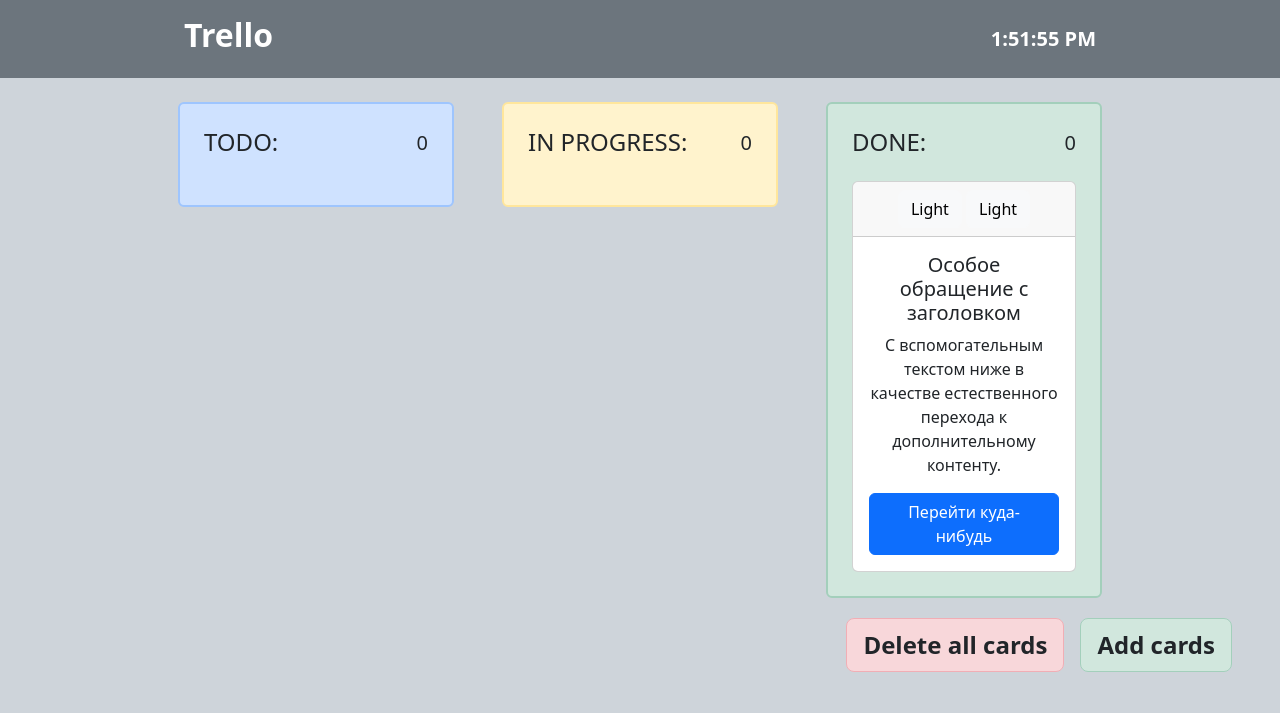
Repository: Valeria154/trello-app-clone
Page: / (app in trello-app-project/)
An editor plug-in stored every save of this project. The page is shown before and after the next save, followed by the edit.
The browser window is 1280 px wide. The pictures show the whole page.
The project was rebuilt for these pictures with package versions that can differ from the ones it lists, and the page was loaded fresh each time. Also part of the build but not shown: trello-app-project/vite.config.js.

Above is the page before, as saved 2025-03-16 21:56:44.

### trello-app-project/src/index.html
<!doctype html>
<html lang="en">

<head>
	<meta charset="UTF-8" />
	<meta name="viewport" content="width=device-width, initial-scale=1.0" />
	<title>Trello</title>
	<script type="module" src="./main.js"></script>
</head>

<body class="bg-dark-subtle">
	<header class="bg-secondary p-3">
		<div class="container d-flex justify-content-between align-items-center mx-autox w-75">
			<h1 class="fs-2 fw-bold text-white">Trello</h1>
			<div class="fs-5 fw-semibold text-white" id="clock"></div>
		</div>
	</header>
	<main class="p-4">
		<div class="container text-center w-75" id="containerTodo">
			<div class="row align-items-start mb-6 gap-5">
				<!-- TODO -->
				<div class="col border border-primary-subtle border-2 rounded-2 text-dark p-4 bg-primary-subtle">
					<div class="d-flex justify-content-between mb-3">
						<h4>TODO:</h4>
						<div id="todoCount" data-role="count" class="fs-5">0</div>
					</div>
					<div id="todo" data-role="status"></div>
				</div>
				<!-- In progress -->
				<div class="col border border-warning-subtle border-2 rounded-2 text-dark p-4 bg-warning-subtle">
					<div class="d-flex justify-content-between mb-3">
						<h4>IN PROGRESS:</h4>
						<div id="progressCount" data-role="count" class="fs-5">0</div>
					</div>
					<div id="progress" data-role="status"></div>
				</div>
				<!-- Done -->
				<div class="col border border-success-subtle border-2 rounded-2 text-dark p-4 bg-success-subtle">
					<div class="d-flex justify-content-between mb-3">
						<h4>DONE:</h4>
						<div id="doneCount" data-role="count" class="fs-5">0</div>
					</div>
					<div id="done" data-role="status">
						<div class="card">
							<div class="card-header">
								<button type="button" class="btn btn-light">Light</button>
								<button type="button" class="btn btn-light">Light</button>
							</div>
							<div class="card-body">
								<h5 class="card-title">Особое обращение с заголовком</h5>
								<p class="card-text">С вспомогательным текстом ниже в качестве естественного перехода к
									дополнительному контенту.</p>
								<a href="#" class="btn btn-primary">Перейти куда-нибудь</a>
							</div>
						</div>
					</div>
				</div>
			</div>
			<div class="d-grid gap-2 d-md-flex justify-content-md-end position-fixed bottom-0 end-0 p-5">
				<button class="btn btn-lg bg-danger-subtle border-danger-subtle me-md-2 fs-4 fw-semibold" type="button"
					id="deleteAllBtn">Delete all
					cards</button>
				<button id="addCardBtn" class="btn btn-lg bg-success-subtle border-success-subtle fs-4 fw-semibold"
					type="button">Add
					cards</button>
			</div>
			<!-- Modal form -->
			<div id="modalFormContainer" class="position-relative block" style="z-index: 20">
				<!-- <div class="d-flex align-items-center justify-content-center position-fixed top-0 start-0 w-100 h-100 bg-dark bg-opacity-50">
					<form id="todoForm" class="p-4 border rounded bg-light text-start fw-semibold w-50 position-relative">
						<div class="mb-3">
							<label for="title" class="form-label fs-5">Title</label>
							<input type="text" class="form-control" id="title" placeholder="Enter todo...">
						</div>
						<div class="mb-3">
							<label for="description" class="form-label fs-5">Description</label>
							<textarea class="form-control p-2 rounded-3" id="description" rows="6"
								placeholder="Write description"></textarea>
						</div>
						<div class="mb-3">
							<label for="user" class="form-label fs-5">User </label>
							<select id="user" class="form-select">
								<option selected value="">Choose user</option>
								<option value="Amelia">Amelia</option>
								<option value="Mary">Mary</option>
								<option value="Thomas">Thomas</option>
								<option value="Harry">Harry</option>
								<option value="Susan">Susan</option>
							</select>
						</div>
						<button type="submit" class="btn btn-primary bg-secondary bg-gradient border-secondary">Add card
							TODO</button>
						<button type="button" class="btn-close position-absolute top-0 end-0 me-4 mt-4"
							aria-label="close"></button>
					</form>
				</div> -->
			</div>
		</div>
	</main>

</body>

</html>

### trello-app-project/src/main.js
import './style.scss'
// import javascriptLogo from './javascript.svg'
// import viteLogo from '/vite.svg'

// const storageKey = 'todos'
// const todos = getDataFromStorage()
// const clockElement = document.querySelector('#clock')
// const containerTodoElement = document.querySelector('.container-todo')
// const formElement = document.querySelector('#form')
// const buttonAddTodoElement = document.querySelector('#addTodoBtn')
// const deleteAllButtonElement = document.querySelector('#deleteAllBtn')
// const [todoContainerElement, inProgressContainerElement, doneContainerElement,] = document.querySelectorAll('[data-role="status-column"]')
// const [todoCountElement, inProgressCountElement, doneCountElement] = document.querySelectorAll('[data-role="count-cards"]')
// // Modals
// const formModalElement = document.querySelector('#formModal')
// const deleteAllModalElement = document.querySelector('#deleteAllModal')
// const confirmBtn = document.querySelector('[data-role="confirm-delete"]');
// const cancelBtn = document.querySelector('[data-role="cancel-delete"]');
// const progressLimitModalElement = document.querySelector('#progressLimitModal')

// const statusArr = ['todo', 'progress', 'done']
const todos = getData()
const clockElement = document.querySelector('#clock')
const addCardBtnElement = document.querySelector('#addCardBtn')
const modalFormElement = document.querySelector('#modalFormContainer')
const formElement = document.querySelector('#form')

const containerTodoElement = document.querySelector('#containerTodo')
const [todoContainerElement, inProgressContainerElement, doneContainerElement] = document.querySelectorAll('[data-role="count"]')
const [todoCountElement, inProgressCountElement, doneCountElement] = document.querySelectorAll('[data-role="status"]')
const todoContainer = document.querySelector('#todo')
const todoCount = document.querySelector('#todoCount')

const statusArr = ['todo', 'inprogress', 'done']

addCardBtnElement.addEventListener('click', handleClickButtonAddCard)
containerTodoElement.addEventListener('submit', handleSubmitForm)

//Часы
function showClock() {
	clockElement.textContent = new Date().toLocaleTimeString()
}
setInterval(showClock, 1000)
showClock()

function handleClickButtonAddCard() {
	if (!formElement) {
		modalFormElement.innerHTML = buildModalForm()
		const btnCloseElement = modalFormElement.querySelector('.btn-close')
		btnCloseElement.addEventListener('click', () => toggleModal(modalFormElement))

		const formElement = modalFormElement.querySelector('#form')
		formElement.addEventListener('submit', handleSubmitForm)
	}
	toggleModal(modalFormElement) // Открываем модальное окно
}

function toggleModal(modal) {
	if (modal.classList.contains('block')) {
		modal.classList.replace('block', 'hidden')
	} else {
		modal.classList.replace('hidden', 'block')
	}
}

function buildModalForm() {
	return `
				<div class="d-flex align-items-center justify-content-center position-fixed top-0 start-0 w-100 h-100 bg-dark bg-opacity-50">
					<form id="form" class="p-4 border rounded bg-light text-start fw-semibold w-50 position-relative">
						<div class="mb-3">
							<label for="title" class="form-label fs-5">Title</label>
							<input type="text" class="form-control" id="title" placeholder="Enter todo...">
						</div>
						<div class="mb-3">
							<label for="description" class="form-label fs-5">Description</label>
							<textarea class="form-control p-2 rounded-3" id="description" rows="6"
								placeholder="Write description"></textarea>
						</div>
						<div class="mb-3">
							<label for="user" class="form-label fs-5">User </label>
							<select id="user" class="form-select">
								<option selected value="">Choose user</option>
								<option value="Amelia">Amelia</option>
								<option value="Mary">Mary</option>
								<option value="Thomas">Thomas</option>
								<option value="Harry">Harry</option>
								<option value="Susan">Susan</option>
							</select>
						</div>
						<button type="submit" class="btn btn-primary bg-secondary bg-gradient border-secondary">Add card
							TODO</button>
						<button type="button" class="btn-close position-absolute top-0 end-0 me-4 mt-4"
							aria-label="close"></button>
					</form>
				</div>
	`
}

function handleSubmitForm(event) {
	event.preventDefault()
	console.log('Форма отправляется!')
	// Получаем данные из формы
	const formData = new FormData(event.target)
	const formDataObject = Object.fromEntries(formData) // преобразуем, полученные иданные, в объект ключ-значение
	console.log('Полученные данные:', formDataObject)

	// const { editedId } = formElement.dataset
	// if (editedId) {
	// 	const editedTodoIndex = todos.findIndex(todo => todo.id == editedId)
	// 	todos[editedTodoIndex] = { ...todos[editedTodoIndex], ...formDataObject }
	// 	setData(todos)
	// 	render(todos)
	// } else {
	if (!formDataObject == '') {
		const newTodo = new Todo(formDataObject) // создаем новую todo с данными из формы
		todos.push(newTodo) // добавление новой задачи в массив
		setData(todos) // сохранение обновленного массива в localStorage
		render(todos) // перерисовка списка задач
	}
	formElement.reset()
	toggleModal(modalFormElement)
	delete formElement.dataset.editedId
}

function getData() {
	return JSON.parse(localStorage.getItem('todos')) || []
}

function setData(todo) {
	localStorage.setItem('todos', JSON.stringify(todo))
}

function countTodos(todos) {
	const todoCountArr = todos.filter(todo => todo.status == 'todo')
	todoCountElement.textContent = todoCountArr.length
	const inProgressArr = todos.filter(todo => todo.status == 'progress')
	inProgressCountElement.textContent = inProgressArr.length
	const doneCountArr = todos.filter(todo => todo.status == 'done')
	doneCountElement.textContent = doneCountArr.length
}

class Todo {
	constructor({ title, description, user, status = '0' }) {
		this.id = Date.now()
		this.createdAt = new Date().toString()
		this.title = title
		this.description = description
		this.user = user
		this.status = statusArr[status]
	}
}

function render(todos = []) {
	todoContainerElement.innerHTML = '' //очищает контейнер задач
	inProgressContainerElement.innerHTML = ''
	doneContainerElement.innerHTML = ''
	todos.forEach(todo => {
		const statusColumn = document.querySelector(`#${todo.status}`)
		statusColumn.insertAdjacentHTML('beforeend', buildTodoTemplate(todo)) //новые задачи будут отображаться внизу так как beforeend вставляет новую задачу в конец контейнера
	})
	countTodos(todos)
	showClock()
}

function buildTodoTemplate({ id, title, description, user, status, createdAt }) {
	const date = currentDate(createdAt)
	return `
	        <div data-id="${id}" class="card bg-white">
            <div class="d-flex justify-content-center" role="group">
                <button type="button" class="btn btn-light" data-role="edit">EDIT</button>
                <select name="status" class="btn btn-light">
                    <option value="todo" ${status == 'todo' ? 'selected' : ''}>Todo</option>
                    <option value="progress" ${status == 'progress' ? 'selected' : ''}>In progress</option>
                    <option value="done" ${status == 'done' ? 'selected' : ''}>Done</option>
                </select>
                <button type="button" class="btn btn-light" data-role="remove">DELETE</button>
            </div>
            <div class="p-4 mb-2">
                <h4 class="text-start fs-5 fw-semibold">${title}</h4>
                <div class="text-start fs-6"><p>${description}</p></div>
            </div>
            <div class="d-flex justify-content-between text-start">
                <div>${user}</div>
                <div>${date}</div>
            </div>
        	</div>
	`
}

function currentDate(date = '', locale = 'ru-RU') {
	const dateTemplate = new Date(date)
	return `${dateTemplate.toLocaleDateString(locale)}, ${dateTemplate.toLocaleTimeString(locale)}`
}
// function currentDate(date = '', locale = 'ru-RU') {
// 	const dateTemplate = new Date(date)
// 	// const dateFormat = {
// 	// 	hour: 'numeric',
// 	// 	minute: 'numeric',
// 	// 	year: 'numeric',
// 	// 	month: 'numeric',
// 	// 	day: 'numeric'
// 	// }
// 	return `${dateTemplate.toLocaleDateString(locale)}, ${dateTemplate.toLocaleTimeString(locale)}`
// 	// return new Intl.DateTimeFormat(locale, dateFormat).format(dateTemplate)
// }

// class Todo {
// 	id = Date.now()
// 	createdAt = new Date().toString()
// 	constructor({ title, description, user, status = '0' }) {
// 		this.title = title
// 		this.description = description
// 		this.user = user
// 		this.status = statusArr[status]
// 	}

### trello-app-project/src/style.scss
@import "bootstrap/scss/bootstrap";

.hidden {
	display: none;
	opacity: 0;
	transition: opacity 0.3s ease;
}

.block {
	display: block;
	opacity: 1;
	transition: opacity 0.3s ease;
}

After the next save:
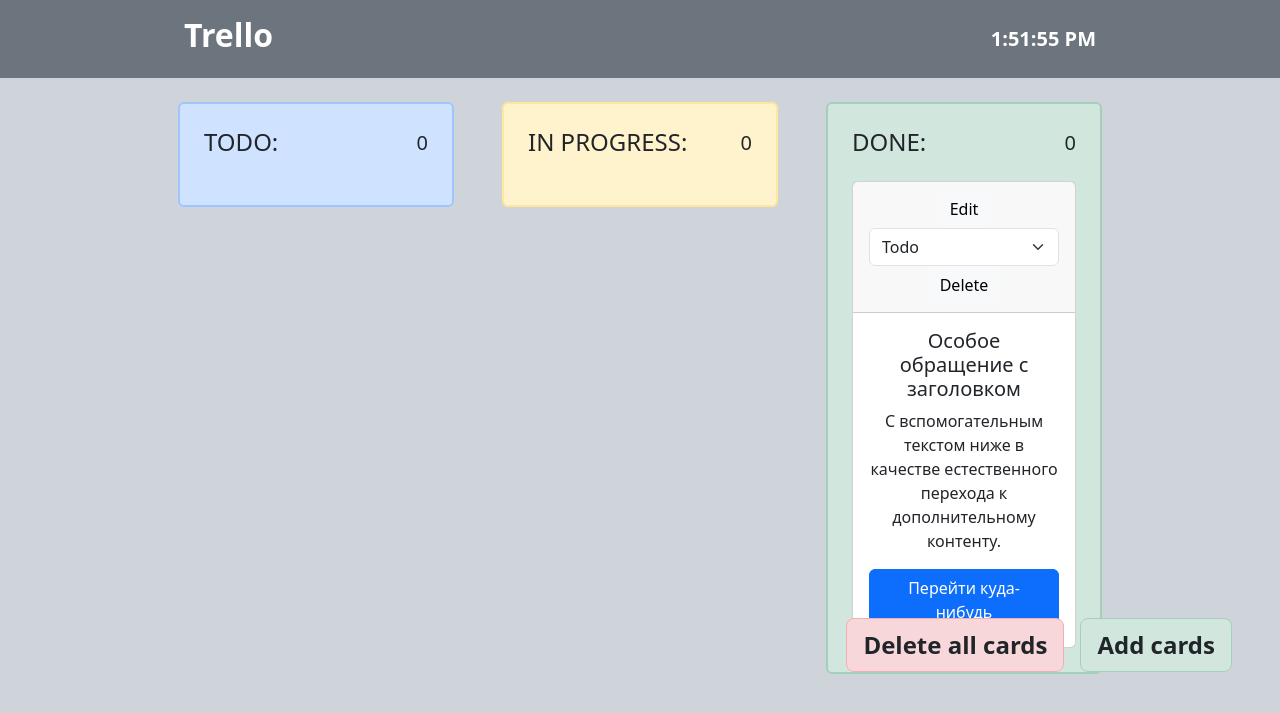
Saved 5 min 10 s later.
--- a/trello-app-project/src/index.html
+++ b/trello-app-project/src/index.html
@@ -43,8 +43,13 @@
 					<div id="done" data-role="status">
 						<div class="card">
 							<div class="card-header">
-								<button type="button" class="btn btn-light">Light</button>
-								<button type="button" class="btn btn-light">Light</button>
+								<button type="button" class="btn btn-light">Edit</button>
+								<select class="form-select" aria-label="Default select example">
+									<option selected value="1">Todo</option>
+									<option value="2">In progress</option>
+									<option value="3">Done</option>
+								</select>
+								<button type="button" class="btn btn-light">Delete</button>
 							</div>
 							<div class="card-body">
 								<h5 class="card-title">Особое обращение с заголовком</h5>

After the save that followed:
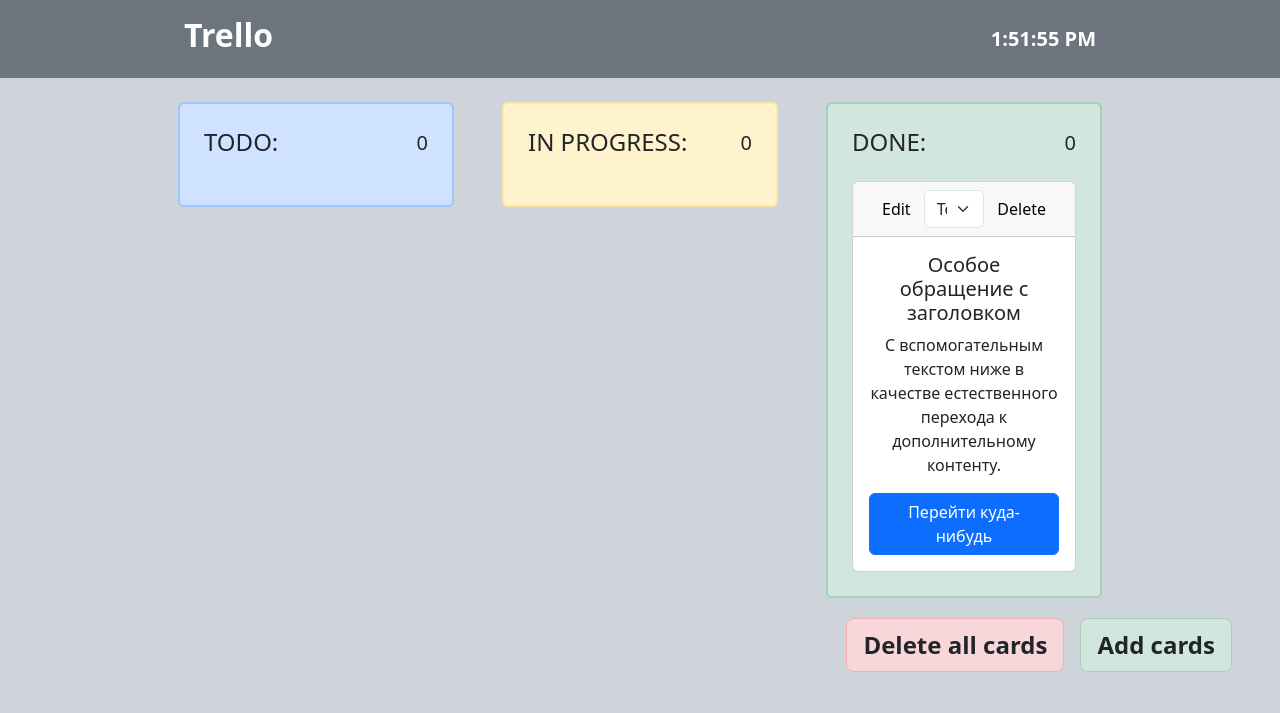
Saved 38 s later.
--- a/trello-app-project/src/index.html
+++ b/trello-app-project/src/index.html
@@ -42,7 +42,7 @@
 					</div>
 					<div id="done" data-role="status">
 						<div class="card">
-							<div class="card-header">
+							<div class="card-header d-flex justify-content-between">
 								<button type="button" class="btn btn-light">Edit</button>
 								<select class="form-select" aria-label="Default select example">
 									<option selected value="1">Todo</option>
